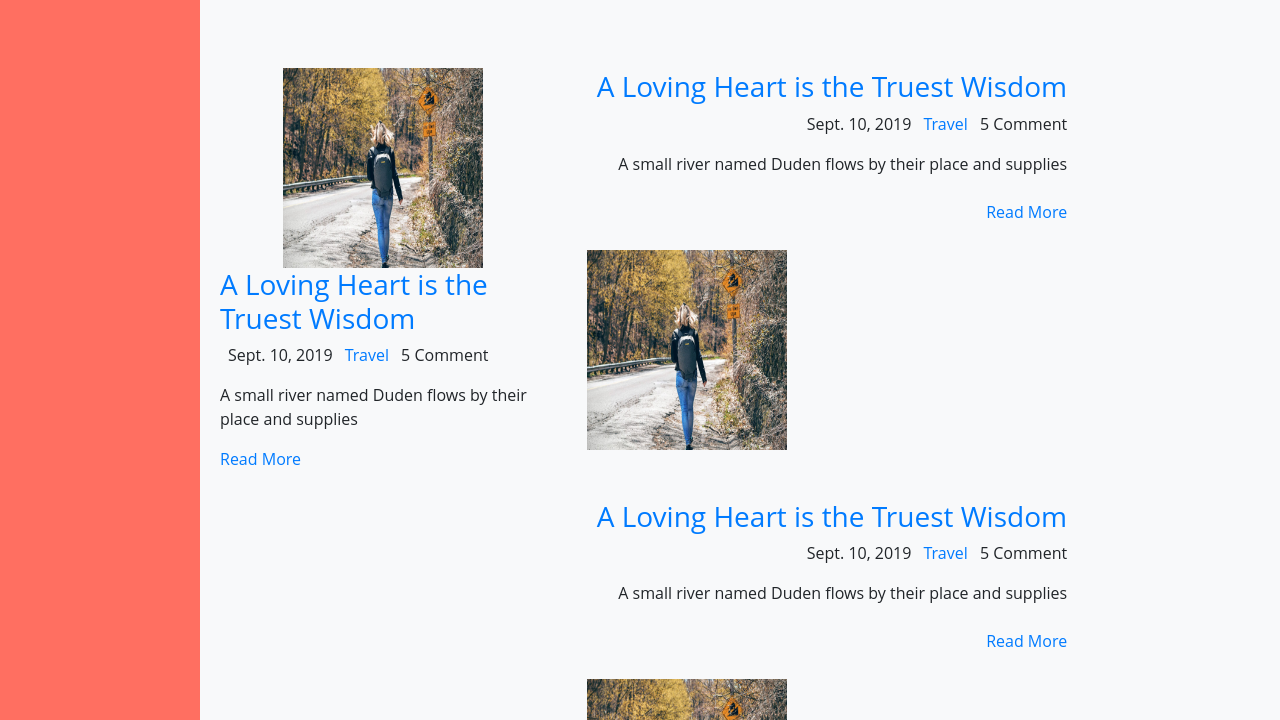
Repository: tts2610/GoogleNews
Page: index.html
An editor plug-in stored every save of this project. The page is shown before and after the next save, followed by the edit.
The browser window is 1280 px wide. The pictures show the whole page.
The page's requests for data from a server got no answer. An inner scrolling area shows only its first screen. Some web libraries are served in a nearby version.

Above is the page before, as saved 2020-05-20 22:48:51.

After the next save:
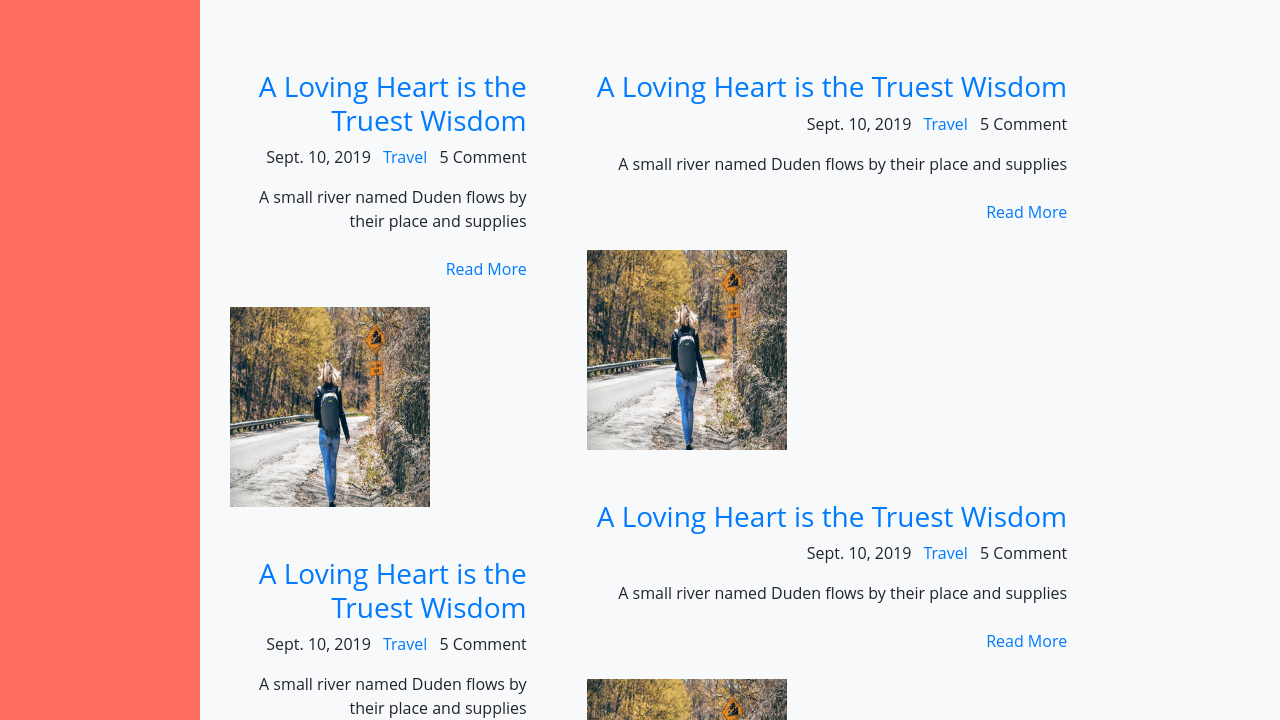
Saved 57 s later.
--- a/index.html
+++ b/index.html
@@ -36,22 +36,50 @@
 
             <div class="row">
                 <div class="col-4">
-                    <div class="blog-entry-left mt-5">
-                        <div>
-                            <img src="img/image_8.jpg" width="200" height="200">
+                    <div class="row" id='container-row'>
+
+                        <div class="row">
+                            <div class="blog-entry">
+                                <div class="text">
+                                    <h3 class="mb-2"><a href="single.html">A Loving Heart is the Truest Wisdom</a></h3>
+                                    <div class="meta-wrap">
+                                        <p class="meta">
+                                            <span><i class="icon-calendar mr-2"></i>Sept. 10, 2019</span>
+                                            <span><a href="single.html"><i class="icon-folder-o mr-2"></i>Travel</a></span>
+                                            <span><i class="icon-comment2 mr-2"></i>5 Comment</span>
+                                        </p>
+                                    </div>
+                                    <p class="mb-4">A small river named Duden flows by their place and supplies</p>
+                                    <p><a href="#" class="btn-custom">Read More <span class="ion-ios-arrow-forward"></span></a></p>
+                                </div>
+                            </div>
+                            <div class="news-img"><img src="img/image_8.jpg" width="200" height="200"></div>
                         </div>
-                        <div class="text" style="text-align: left;">
-                            <h3 class=""><a href="single.html">A Loving Heart is the Truest Wisdom</a></h3>
-                            <div class="meta-wrap">
-                                <p class="meta">
-                                    <span><i class="icon-calendar mr-2"></i>Sept. 10, 2019</span>
-                                    <span><a href="single.html"><i class="icon-folder-o mr-2"></i>Travel</a></span>
-                                    <span><i class="icon-comment2 mr-2"></i>5 Comment</span>
-                                </p>
+                        <div class="row">
+                            <div class="blog-entry">
+                                <div class="text">
+                                    <h3 class="mb-2"><a href="single.html">A Loving Heart is the Truest Wisdom</a></h3>
+                                    <div class="meta-wrap">
+                                        <p class="meta">
+                                            <span><i class="icon-calendar mr-2"></i>Sept. 10, 2019</span>
+                                            <span><a href="single.html"><i class="icon-folder-o mr-2"></i>Travel</a></span>
+                                            <span><i class="icon-comment2 mr-2"></i>5 Comment</span>
+                                        </p>
+                                    </div>
+                                    <p class="mb-4">A small river named Duden flows by their place and supplies</p>
+                                    <p><a href="#" class="btn-custom">Read More <span class="ion-ios-arrow-forward"></span></a></p>
+                                </div>
                             </div>
-                            <p class="">A small river named Duden flows by their place and supplies</p>
-                            <p><a href="#" class="btn-custom">Read More <span class="ion-ios-arrow-forward"></span></a></p>
+                            <div class="news-img"><img src="img/image_8.jpg" width="200" height="200"></div>
                         </div>
+
+
+                        <!-- <div class="col-md-12">
+
+                        </div> -->
+                        <!-- <div class="col-md-12">
+
+                        </div> -->
                     </div>
                 </div>
                 <div class="col-8">
